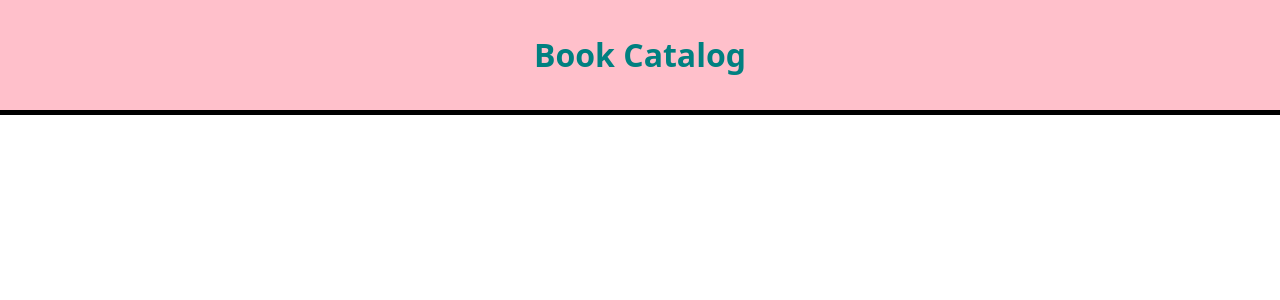
Repository: primcharlin/COMP3170_Lab_Assignment_Components
Page: /
These files come from the project's save history. The page is drawn as it stood at one moment and after the next save; the edit follows.
The browser window is 1280 px wide. The pictures show the whole page.
The project was rebuilt for these pictures with package versions that can differ from the ones it lists, and the page was loaded fresh each time. Also part of the build but not shown: vite.config.js.

Above is the page before, as saved 2025-09-12 02:07:22.

After the next save:
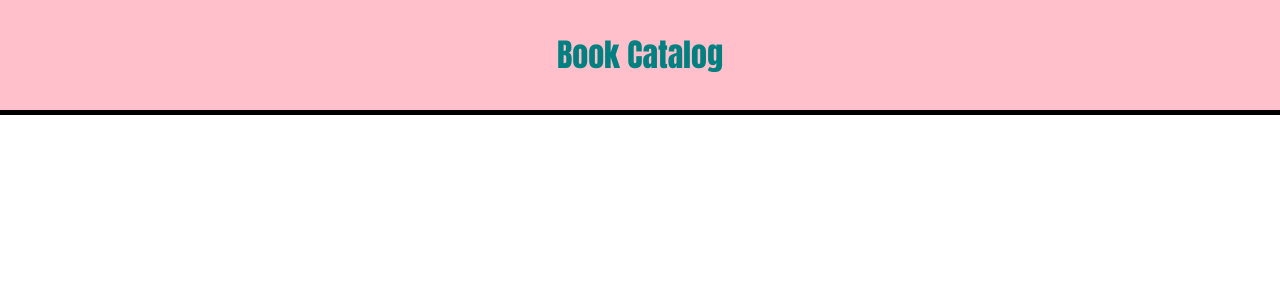
Saved 93 s later.
--- a/src/App.css
+++ b/src/App.css
@@ -19,6 +19,7 @@ div {
     border-bottom: 5px solid black;
     box-sizing: border-box;
     text-align: center;
+    font-family: Impact, Haettenschweiler, "Arial Narrow Bold", sans-serif;
 }
 
 h1 {
